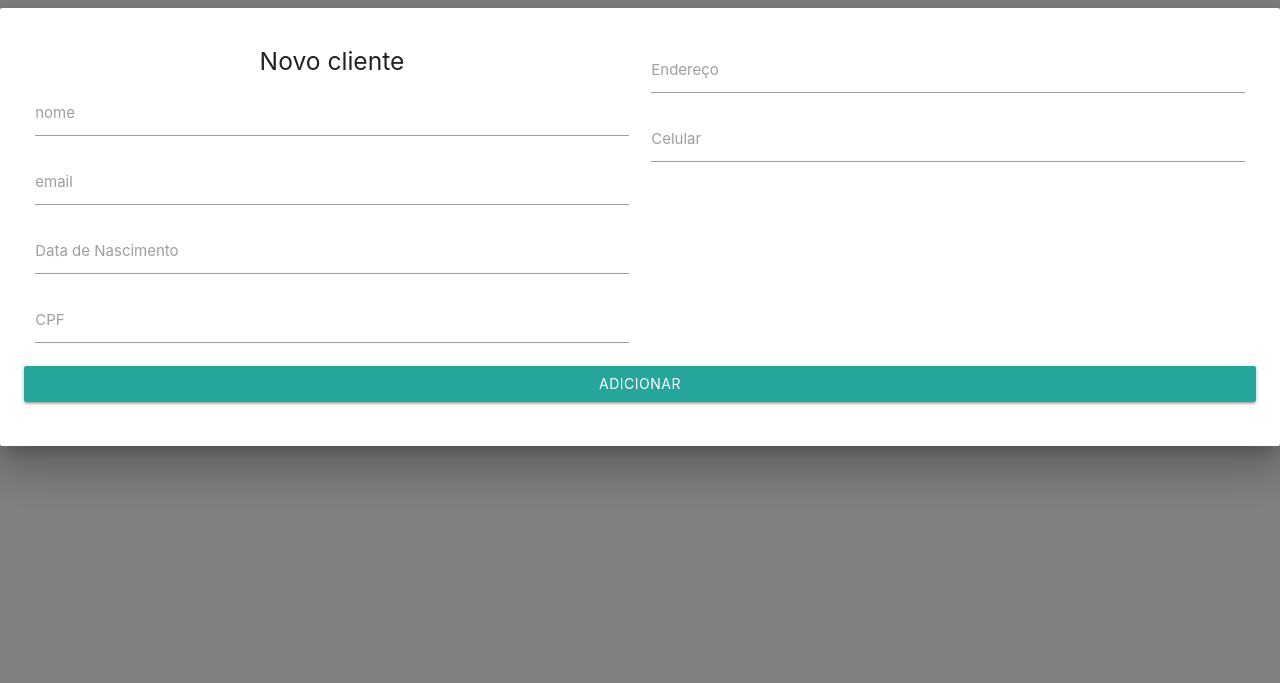
Repository: luizasilveira/TechWeb
Page: Projeto1/techWebP1/WebContent/add.html
These files come from the project's save history. The page is drawn as it stood at one moment and after the next save; the edit follows.
The browser window is 1280 px wide. The pictures show the whole page.

Above is the page before, as saved 2019-09-08 19:54:35.

### Projeto1/techWebP1/WebContent/add.html
<!DOCTYPE html>
<html>
<head>
<meta charset="ISO-8859-1">
<title>HOME</title>
<!--Import Google Icon Font-->
<link href="https://fonts.googleapis.com/icon?family=Material+Icons"
	rel="stylesheet">
<!--Import materialize.css-->
<link rel="stylesheet"
	href="https://cdnjs.cloudflare.com/ajax/libs/materialize/1.0.0/css/materialize.min.css">


<style>
body {
	background-color: grey;
}
</style>
</head>

<body>
	<form action="./AddClients" method="post">
		<div class="card-panel z-depth-5">
			<div class="row">
				<div class="col s6">
					<h5 class="center">Novo cliente</h5>
					<!--<p class="center">Join to our community now !</p>-->


					<div class="input-field">
						<input type="text" name="nome"> <label>nome</label>
					</div>

					<!--<i class="material-icons prefix">account_circle</i>-->



					<div class="input-field">
                   <!--   <i class="material-icons prefix">email</i>-->
                    <input type="email" name="email" class="validate">
                    <label> email</label>
                  </div>

					<div class="input-field">
						<!--<i class="material-icons prefix">lock</i>-->
						<input type="text" name="nascimento"> <label>Data
							de Nascimento</label>
					</div>

					<div class="input-field">
						<!--<i class="material-icons prefix">vpn_key</i>-->
						<input type="text" name="CPF"> <label>CPF</label>
					</div>
				</div>

				<div class="col s6">
					<div class="input-field">
						<!--<i class="material-icons prefix">vpn_key</i>-->
						<input type="text" name="endereço"> <label>Endereço</label>
					</div>

					<div class="input-field">
						<!--<i class="material-icons prefix">vpn_key</i>-->
						<input type="text" name="celular"> <label>Celular</label>
					</div>
				</div>


				<!--<p class="right">Already have an account? <a href="#login" class="modal-trigger">login</a></p>-->
				<input type="submit" name="submit" value="Adicionar"
					class="btn left col s12">

				<div class="clearfix"></div>

			</div>
		</div>
	</form>



	<script src="https://code.jquery.com/jquery-1.12.0.min.js"></script>
	<script
		src="https://cdnjs.cloudflare.com/ajax/libs/materialize/1.0.0/js/materialize.min.js"></script>





</body>
</html>

After the next save:
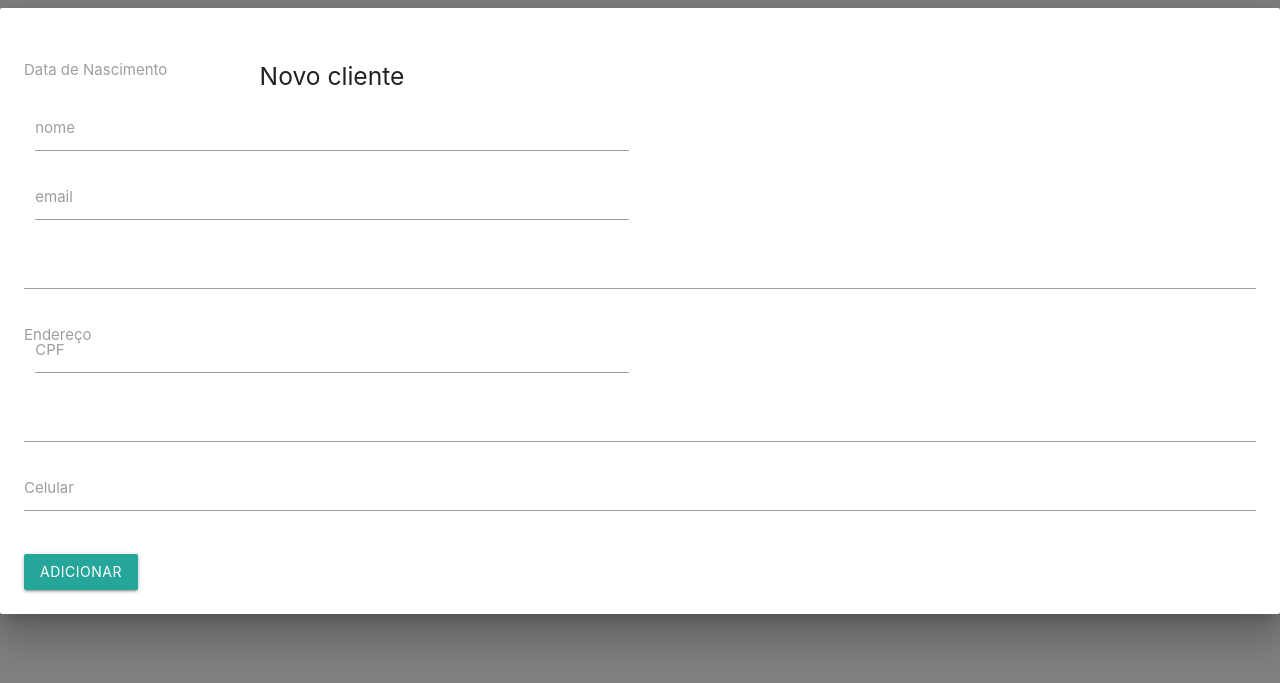
Saved 74 s later.
--- a/Projeto1/techWebP1/WebContent/add.html
+++ b/Projeto1/techWebP1/WebContent/add.html
@@ -36,43 +36,45 @@ body {
 
 
 					<div class="input-field">
-                   <!--   <i class="material-icons prefix">email</i>-->
-                    <input type="email" name="email" class="validate">
-                    <label> email</label>
-                  </div>
+						<!--   <i class="material-icons prefix">email</i>-->
+						<input type="email" name="email" class="validate"> <label>
+							email</label>
+					</div>
+					</div>
 
 					<div class="input-field">
 						<!--<i class="material-icons prefix">lock</i>-->
 						<input type="text" name="nascimento"> <label>Data
 							de Nascimento</label>
-					</div>
 
+				</div>
+				<div class="col s6">
 					<div class="input-field">
 						<!--<i class="material-icons prefix">vpn_key</i>-->
 						<input type="text" name="CPF"> <label>CPF</label>
 					</div>
 				</div>
 
-				<div class="col s6">
-					<div class="input-field">
-						<!--<i class="material-icons prefix">vpn_key</i>-->
-						<input type="text" name="endereço"> <label>Endereço</label>
-					</div>
 
-					<div class="input-field">
-						<!--<i class="material-icons prefix">vpn_key</i>-->
-						<input type="text" name="celular"> <label>Celular</label>
-					</div>
+				<div class="input-field">
+					<!--<i class="material-icons prefix">vpn_key</i>-->
+					<input type="text" name="endereço"> <label>Endereço</label>
 				</div>
 
+				<div class="input-field">
+					<!--<i class="material-icons prefix">vpn_key</i>-->
+					<input type="text" name="celular"> <label>Celular</label>
+				</div>
+			</div>
 
-				<!--<p class="right">Already have an account? <a href="#login" class="modal-trigger">login</a></p>-->
-				<input type="submit" name="submit" value="Adicionar"
-					class="btn left col s12">
 
-				<div class="clearfix"></div>
+			<!--<p class="right">Already have an account? <a href="#login" class="modal-trigger">login</a></p>-->
+			<input type="submit" name="submit" value="Adicionar"
+				class="btn left col s12">
 
-			</div>
+			<div class="clearfix"></div>
+
+		</div>
 		</div>
 	</form>
 
